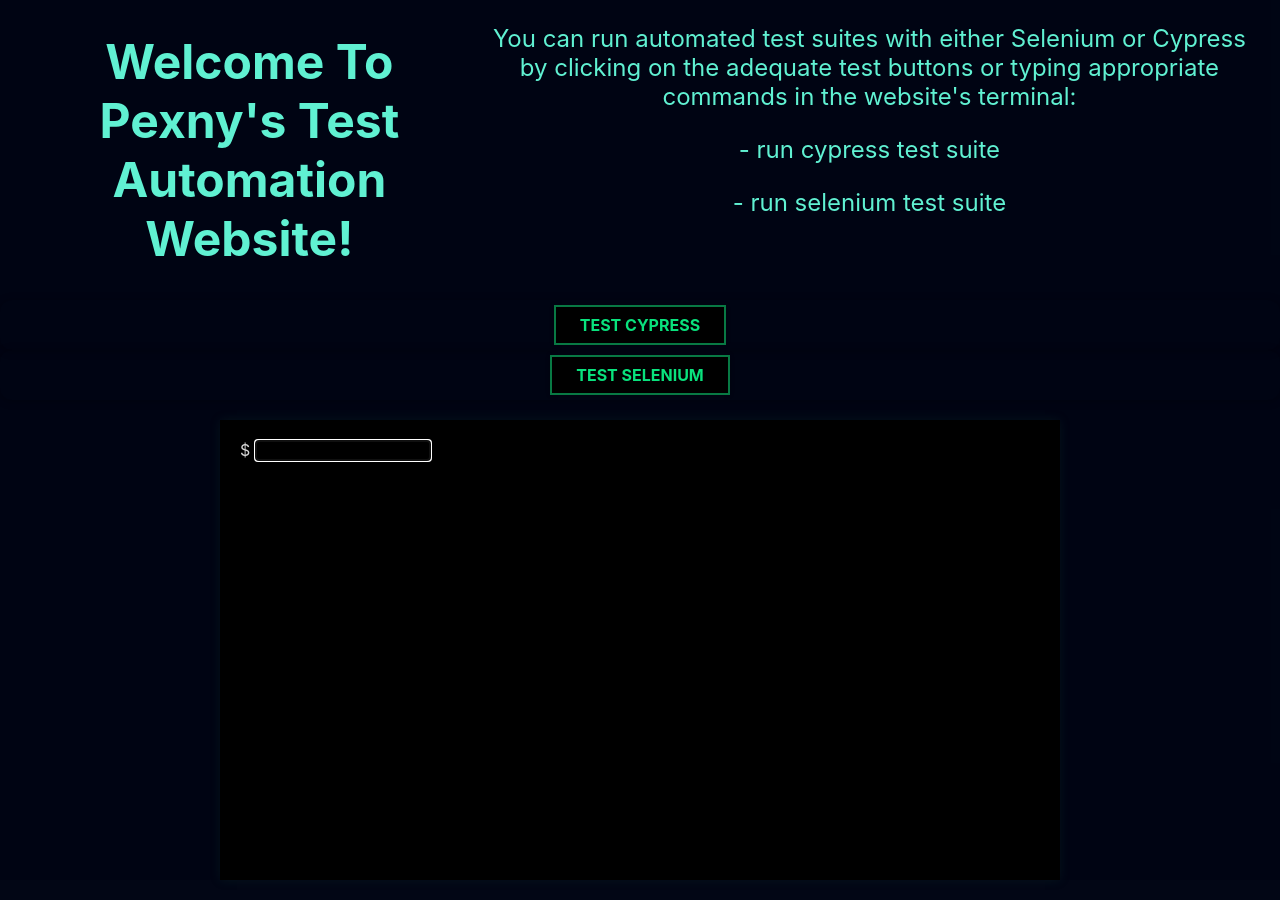
Repository: p3xny/Test-Automation-Website
Page: / (app in client/)
An editor plug-in stored every save of this project. The page is shown before and after the next save, followed by the edit.
The browser window is 1280 px wide. The pictures show the whole page.
The project was rebuilt for these pictures with package versions that can differ from the ones it lists, and the page was loaded fresh each time. Also part of the build but not shown: client/src/components/UI/TestMenu.js.

Above is the page before, as saved 2023-08-23 23:18:01.

### client/src/index.css
body {
  margin: 0;
  font-family: -apple-system, BlinkMacSystemFont, "Segoe UI", "Roboto", "Oxygen",
    "Ubuntu", "Cantarell", "Fira Sans", "Droid Sans", "Helvetica Neue",
    sans-serif;
  -webkit-font-smoothing: antialiased;
  -moz-osx-font-smoothing: grayscale;
  background-color: rgba(0, 5, 20, 0.993);
}

code {
  font-family: source-code-pro, Menlo, Monaco, Consolas, "Courier New",
    monospace;
}

### client/src/App.js
import React from "react";

import "./App.css";

import WelcomeMessage from "./components/UI/WelcomeMessage";
import Tests from "./components/Tests";
import Terminal from "./components/Terminal/Terminal";

function App() {
  return (
    <div className="App">
      <header className="App-header">
        <WelcomeMessage />
      </header>
      <Tests testTool="cypress" buttonId="cypress-menu" />
      <Tests testTool="selenium" buttonId="selenium-menu" />
      <Terminal />
    </div>
  );
}

export default App;

### client/src/App.css
.App {
  text-align: center;
  background: rgba(0, 5, 20, 0.993);
}

.App-logo {
  height: 40vmin;
  pointer-events: none;
}

@media (prefers-reduced-motion: no-preference) {
  .App-logo {
    animation: App-logo-spin infinite 20s linear;
  }
}

.App-header {
  /* background-color: rgba(0, 5, 20, 0.993); */
  /* min-height: 100vh; */
  /* display: flex; */
  /* flex-direction: column; */
  /* align-items: center; */
  /* justify-content: center; */
  font-size: calc(10px + 2vmin);
  color: white;
}

.App-link {
  color: #61dafb;
}

@keyframes App-logo-spin {
  from {
    transform: rotate(0deg);
  }
  to {
    transform: rotate(360deg);
  }
}

### client/src/components/UI/WelcomeMessage.js
import React from "react";

import styles from "./WelcomeMessage.module.css";

const WelcomeMessage = (props) => {
  return (
    <div className={styles.WelcomeMessage}>
      <h1>Welcome To Pexny's Test Automation Website!</h1>
      <p>
        You can run automated test suites with either Selenium or Cypress by
        clicking on the adequate test buttons or typing appropriate commands in
        the website's terminal:
        <p>- run cypress test suite</p>
        <p>- run selenium test suite</p>
      </p>
    </div>
  );
};

export default WelcomeMessage;

// const describeOriginal = require("mocha").describe;

// require("mocha").describe = (describeTitle) => {
//   TestListener.watch(describeTitle);
//   describeOriginal(describeTitle);
// };

### client/src/components/Tests.js
import React, { useState, useEffect } from "react";

import styles from "./UI/Button.module.css";

import TestMenu from "./UI/TestMenu";
import Button from "./UI/Button";
import Card from "./UI/Card";

const testCases = [
  {
    cypress: [
      { id: 1, name: "Cypress Full Test", command: "" },
      { id: 2, name: "Cypress Buttons Test", command: "" },
      { id: 3, name: "Cypress Terminal Test", command: "" },
    ],
    selenium: [
      { id: 1, name: "Selenium Full Test", command: "pytest -v" },
      {
        id: 2,
        name: "Selenium Buttons Test",
        command: "pytest -v test_client_buttons.py",
      },
      {
        id: 3,
        name: "Selenium Terminal Test",
        command: "pytest -v test_client_terminal.py",
      },
    ],
  },
];

const Tests = (props) => {
  const [isActive, setIsActive] = useState(false);

  const makeActiveHandler = (event) => {
    setIsActive(true);
    console.log("Activated!");
  };

  const makeInactiveHandler = (event) => {
    setIsActive(false);
  };

  const filterButtons = testCases.find((test) =>
    test.hasOwnProperty(props.testTool)
  );

  return (
    <div>
      {!isActive && (
        <Card>
          <Button
            name={`TEST ${props.testTool.toUpperCase()}`}
            id={`test-button-${props.buttonId}`}
            testFamily={props.testTool}
            onActivate={makeActiveHandler}
          />
        </Card>
      )}
      {isActive && (
        <Card>
          <TestMenu tests={filterButtons[props.testTool]} testTool="cypress" />
          <button
            className={styles.button}
            id={"back-button"}
            onClick={makeInactiveHandler}
          >
            BACK
          </button>
        </Card>
      )}
    </div>
  );
};

export default Tests;

### client/src/components/Terminal/Terminal.js
import React, { useState } from "react";

import styles from "./Terminal.module.css";

import Card from "../UI/Card";

const Terminal = (props) => {
  const [terminalInput, setTerminalInput] = useState("");
  const [terminalOutput, setTerminalOutput] = useState([]);

  const terminalInputHandler = (event) => {
    setTerminalInput(event.target.value);
    console.log(event.target.value);
  };

  const submitHandler = (event) => {
    event.preventDefault();
    writeToTerminal(`$ ${terminalInput}\n`);
    processCommand(terminalInput);
    setTerminalInput("");
  };

  const writeToTerminal = (message) => {
    setTerminalOutput((prevOutput) => [...prevOutput, message]);
  };

  const processCommand = async (command) => {
    try {
      const response = await fetch("http://localhost:5000/run_tests", {
        method: "POST",
        headers: {
          "Content-Type": "application/json",
        },
        body: JSON.stringify({ command }),
      });

      if (command === "clear" || command === "cls") {
        setTerminalOutput([]);
        return;
      }

      const data = await response.json();

      if (data.success) {
        writeToTerminal(data.output);
      } else {
        writeToTerminal(`Error: ${data.error}\n`);
      }
    } catch (error) {
      writeToTerminal(`Error: ${error}\n`);
    }
  };

  const highlightWords = (message) => {
    const greenWords = [
      "success",
      "Success",
      "SUCCESS",
      "passed",
      "Passed",
      "PASSED",
    ];
    const redWords = [
      // "error",
      // "Error",
      // "ERROR",
      "failed",
      "Failed",
      "FAILED",
      "FAILURES",
    ];
    const parts = message.split(
      new RegExp(`(${greenWords.concat(redWords).join("|")})`, "g")
    );

    return parts.map((part, index) => {
      if (greenWords.includes(part.toLowerCase())) {
        return (
          <span className={styles["highlighted-green"]} key={index}>
            {part}
          </span>
        );
      } else if (redWords.includes(part.toLowerCase())) {
        return (
          <span className={styles["highlighted-red"]} key={index}>
            {part}
          </span>
        );
      }
      return part;
    });
  };

  return (
    <div className={styles.terminal}>
      <div id="output">
        {terminalOutput.map((message, index) => (
          <pre key={index} className={styles.outputContent}>
            {highlightWords(message)}
          </pre>
        ))}
      </div>
      <form id="input-form" onSubmit={submitHandler}>
        <span>$</span>
        <input
          className={styles.input}
          type="text"
          id="command-input"
          value={terminalInput}
          onChange={terminalInputHandler}
          autoFocus
        />
      </form>
    </div>
  );
};

export default Terminal;

### client/src/components/UI/WelcomeMessage.module.css
.WelcomeMessage {
  color: rgb(96, 241, 210);
  font-size: 1.5rem;
  /* font-weight: bold; */
  display: flex;
  text-align: center;
}

.WelcomeMessage {
  margin-left: 20px;
  margin-right: 20px;
}

### client/src/components/UI/Button.module.css
.button {
  width: 100%;
  font: inherit;
  font-weight: bold;
  padding: 0.5rem 1.5rem;
  border: 2px solid rgb(8, 121, 68);
  color: rgb(9, 226, 125);
  background: black;
  box-shadow: 0 0 4px rgba(0, 0, 0, 0.26);
  cursor: pointer;
  margin: 5px;
}

.button:focus {
  outline: none;
}

.button:hover,
.button:active {
  background: rgb(8, 121, 68);
  border-color: rgb(9, 226, 125);
  color: black;
  box-shadow: 0 0 8px rgba(0, 0, 0, 0.26);
}

@media (min-width: 768px) {
  .button {
    width: auto;
  }
}

### client/src/components/UI/Button.js
import styles from "./Button.module.css";

const Button = (props) => {
  return (
    <button id={props.id} className={styles.button} onClick={props.onActivate}>
      {props.name}
    </button>
  );
};

export default Button;

### client/src/components/UI/Card.js
import styles from "./Card.module.css";

const Card = (props) => {
  const classes = styles.card + " " + props.className;
  return <div className={classes}>{props.children}</div>;
};

export default Card;

### client/src/components/Terminal/Terminal.module.css
.terminal {
  margin-top: 20px;
  margin-bottom: 20px;
  margin-left: auto;
  margin-right: auto;

  /* border: 1px solid rgb(8, 121, 68); */
  padding: 20px;
  width: 80%;
  max-width: 800px;
  min-height: 420px;
  max-height: 420px;
  background-color: black;
  overflow-y: auto;
  overflow-x: auto;
  box-shadow: 0 0 10px rgba(23, 78, 62, 0.2);
  overflow-wrap: break-word;
}

#output {
  white-space: pre-wrap;
}

.outputContent {
  text-align: left;
  font-family: monospace;
  overflow-wrap: break-word;
  color: rgba(255, 255, 255, 0.842);
}

.highlighted-green {
  font-family: monospace;
  font-weight: bold;
  color: rgb(12, 145, 12);
}

.highlighted-red {
  font-family: monospace;
  font-weight: bold;
  color: rgb(158, 2, 2);
}

.input {
  background-color: transparent;
  /* border: none; */
  color: rgba(255, 255, 255, 0.842);
  font-family: monospace;
  caret-color: rgba(255, 255, 255, 0.842);
  margin: 0 5px;
}

form {
  display: flex;
  align-items: left;
}

span {
  color: rgba(255, 255, 255, 0.842);
  font-size: 1rem;
}

Loaded but not shown: client/public/index.html (common file); client/src/index.js (common file); client/src/reportWebVitals.js (common file); client/src/components/UI/Card.module.css (common file)

After the next save:
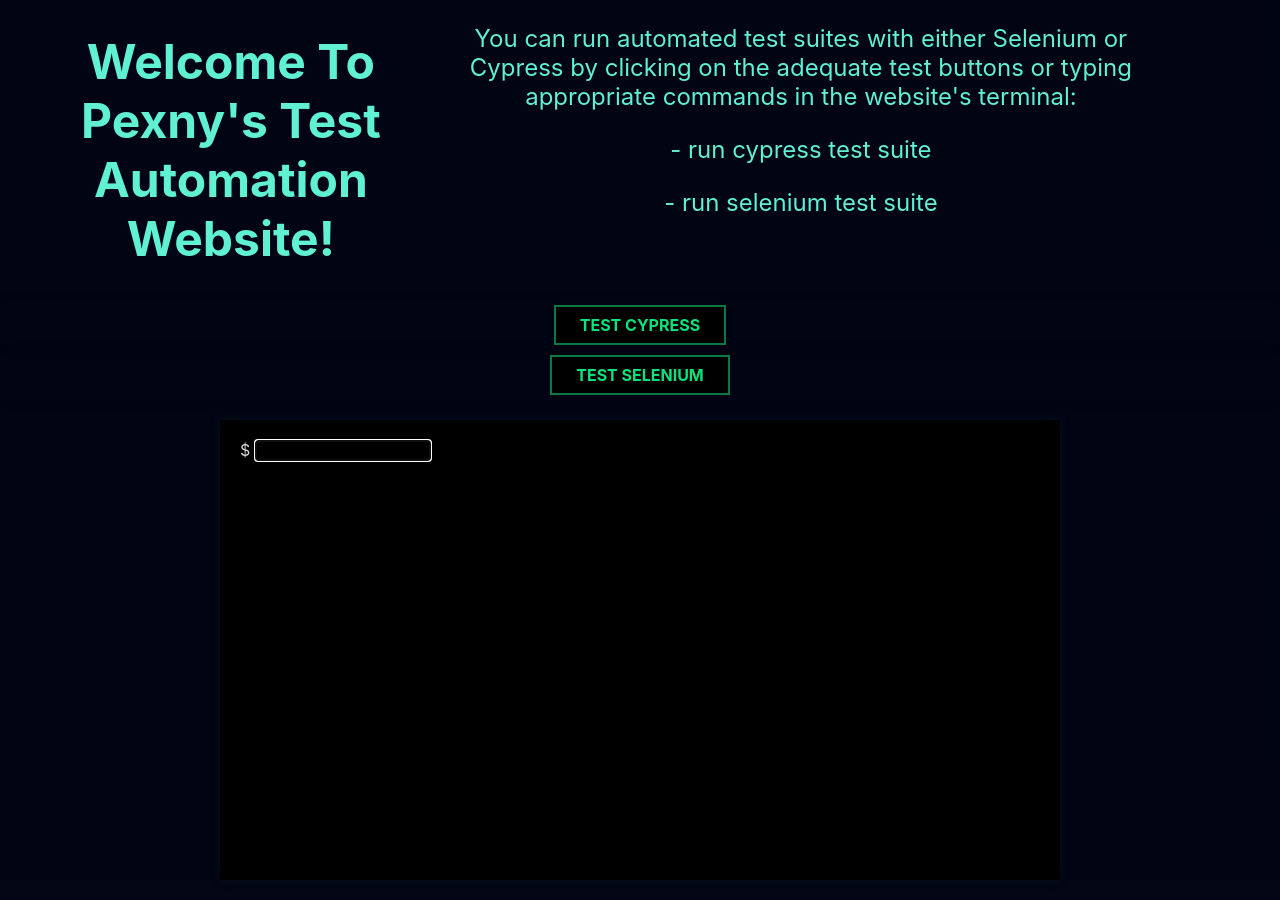
Saved 9 s later.
--- a/client/src/components/UI/WelcomeMessage.module.css
+++ b/client/src/components/UI/WelcomeMessage.module.css
@@ -8,5 +8,5 @@
 
 .WelcomeMessage {
   margin-left: 20px;
-  margin-right: 20px;
+  margin-right: 120px;
 }
